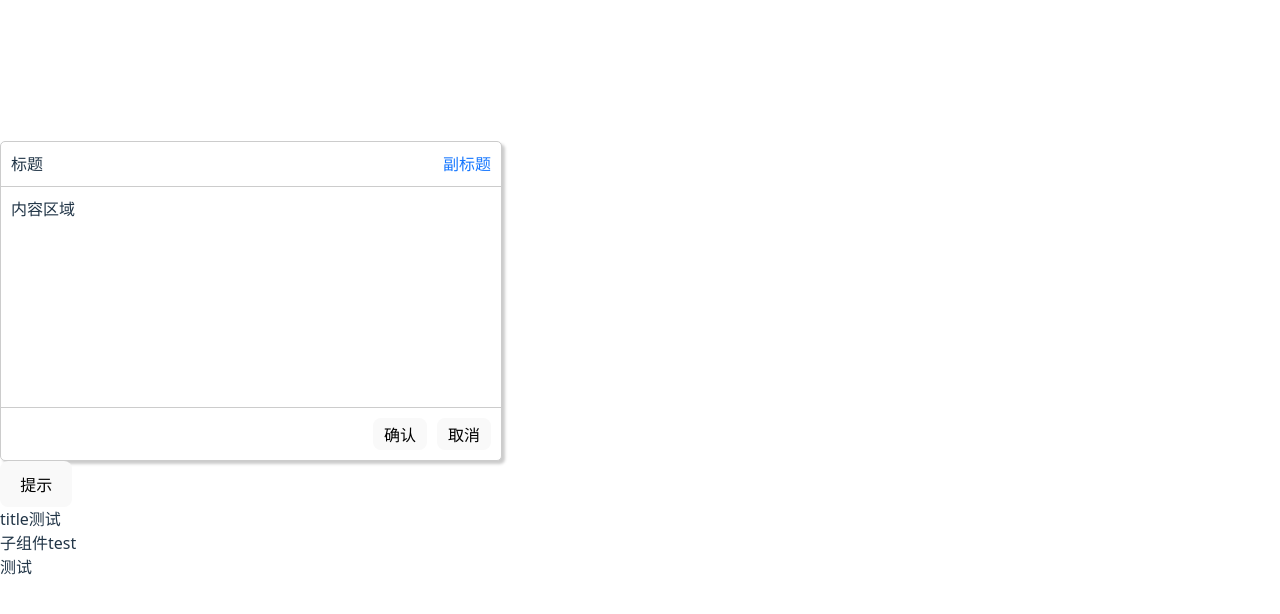
Repository: EDMZJJJ/learn-react
Page: /
The author's editor kept a copy of each file at every save. The page is drawn from the files as they stood at one save, then again after the next save.
The browser window is 1280 px wide. The pictures show the whole page.
The project was rebuilt for these pictures with package versions that can differ from the ones it lists, and the page was loaded fresh each time. Also part of the build but not shown: vite.config.ts, src/components/Message/index.css, src/components/Message/index.tsx.

Above is the page before, as saved 2026-03-10 22:53:08.

After the next save:
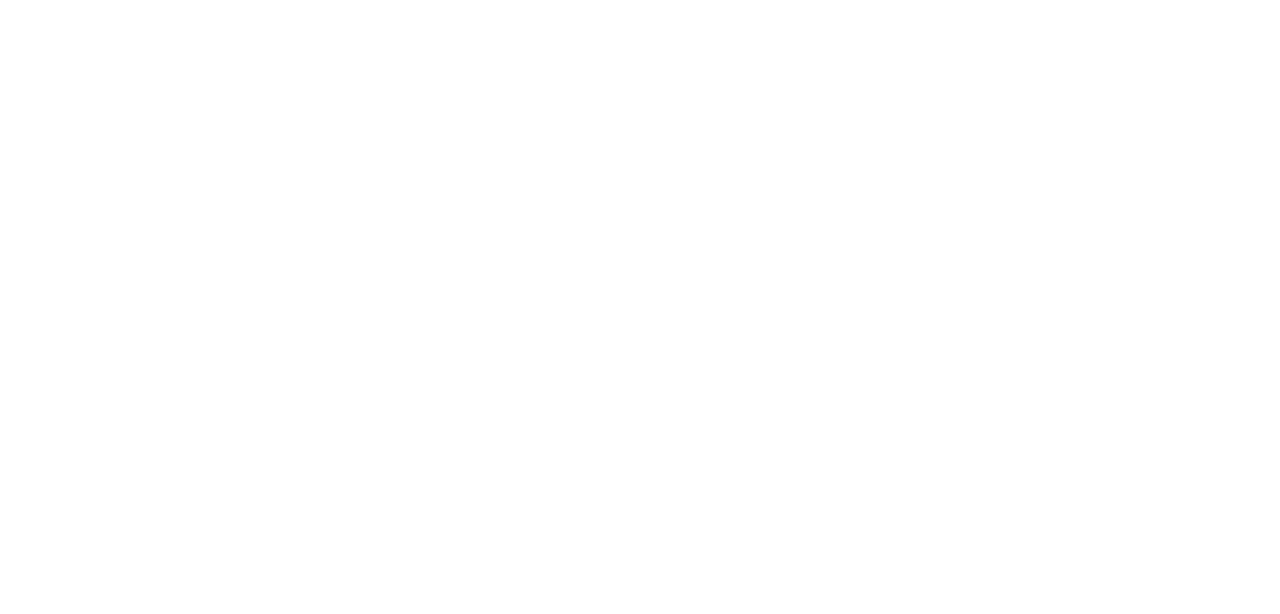
Console error: TypeError: Cannot read properties of undefined (reading 'title')
Saved 30 s later.
--- a/src/components/Test/index.tsx
+++ b/src/components/Test/index.tsx
@@ -13,11 +13,11 @@
     isGirl:boolean
 }
 
-const Test:React.FC<Props> = ({title = '默认标题',...props})=>{
+const Test:React.FC<Props> = ({props})=>{
   console.log(props)
   return (
     <>
-    <div>title{props.title||title}</div>
+    <div>title{props.title}</div>
     <div>子组件test{props.element}</div>
     </>
   )

After the save that followed:
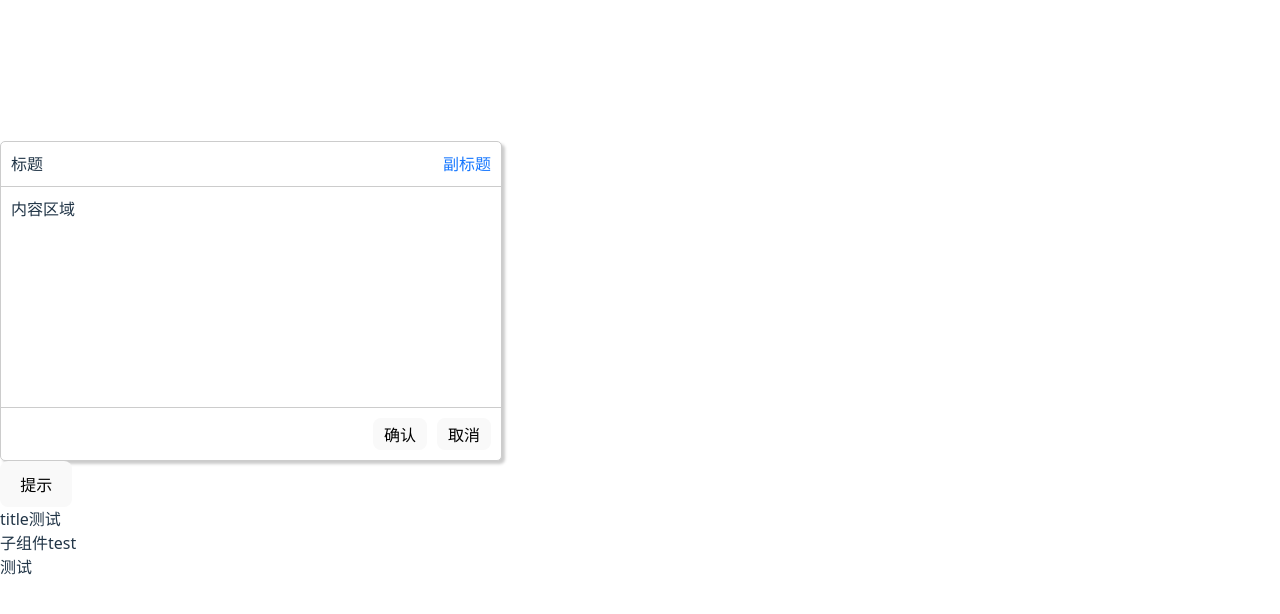
The error is gone.
Saved 6 s later.
--- a/src/components/Test/index.tsx
+++ b/src/components/Test/index.tsx
@@ -13,7 +13,7 @@
     isGirl:boolean
 }
 
-const Test:React.FC<Props> = ({props})=>{
+const Test:React.FC<Props> = (props)=>{
   console.log(props)
   return (
     <>
